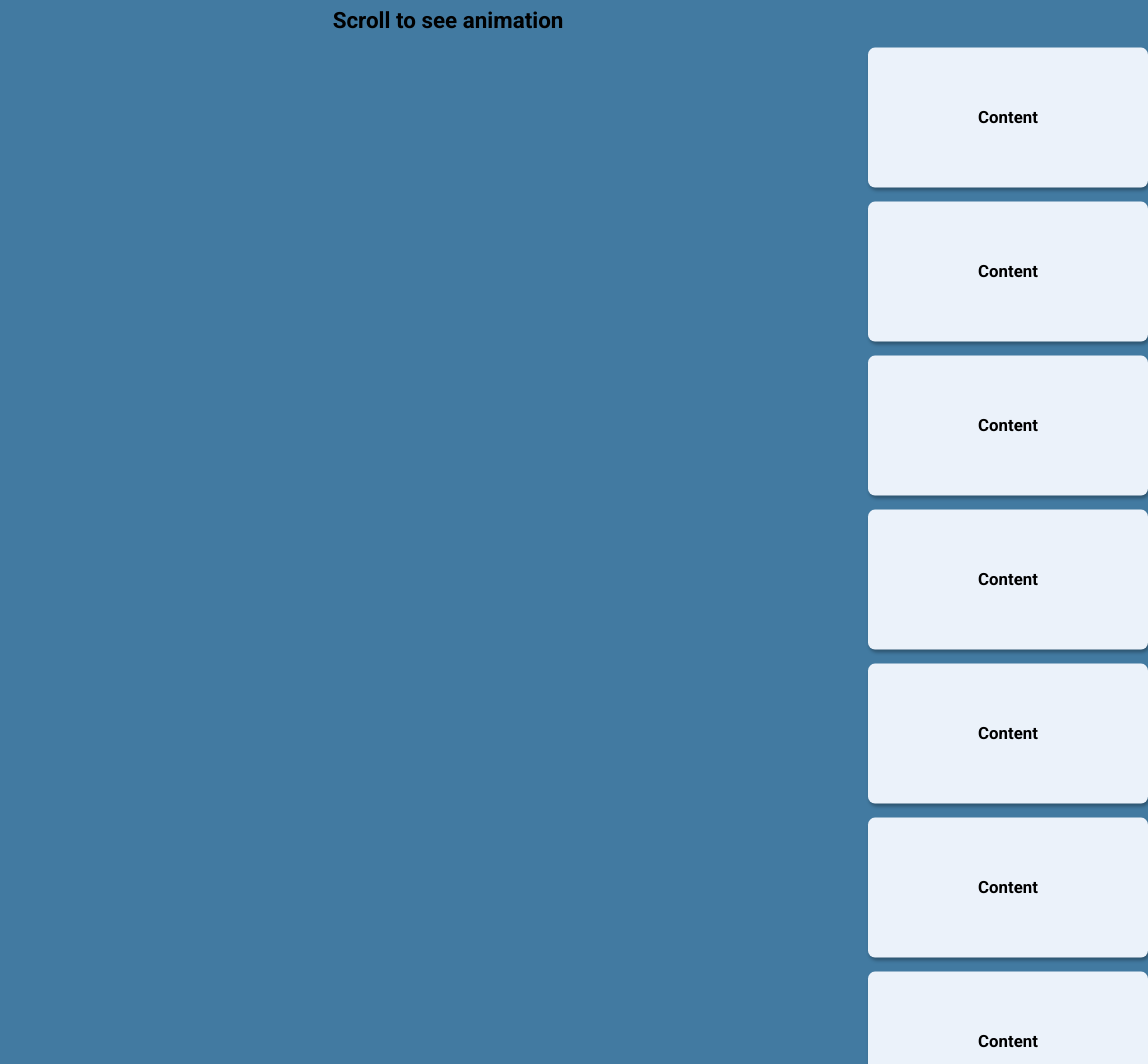
Repository: thecoachanna/scroll-animation
Page: index.html
An editor plug-in stored every save of this project. The page is shown before and after the next save, followed by the edit.
The browser window is 1280 px wide. The page is 1640 px wide, so the pictures cover 1640 px, including what lies to the right of the window. The pictures show the part of the page from y = 0 to 1520 px (the page is 2918 px tall), at 70% of full size.
Some web fonts or font styles are not loaded; a fallback is used.

Above is the page before, as saved 2023-02-20 13:19:49.

After the next save:
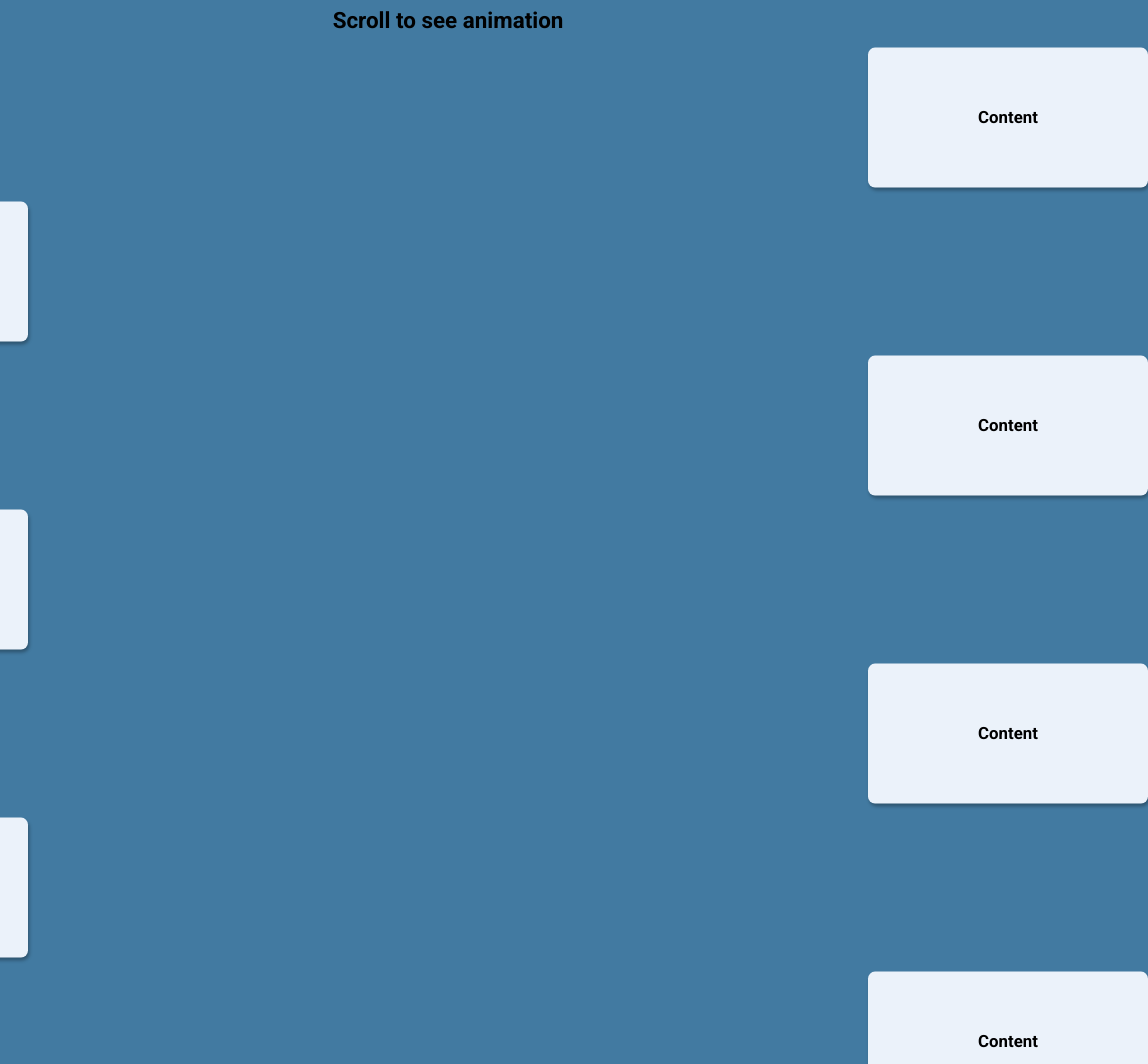
Saved 6 s later.
--- a/style.css
+++ b/style.css
@@ -35,7 +35,7 @@ h1 {
 }
 
 .box:nth-of-type(even) {
-    transform: translateX(200%)
+    transform: translateX(-200%)
 }
 
 .box.show {
